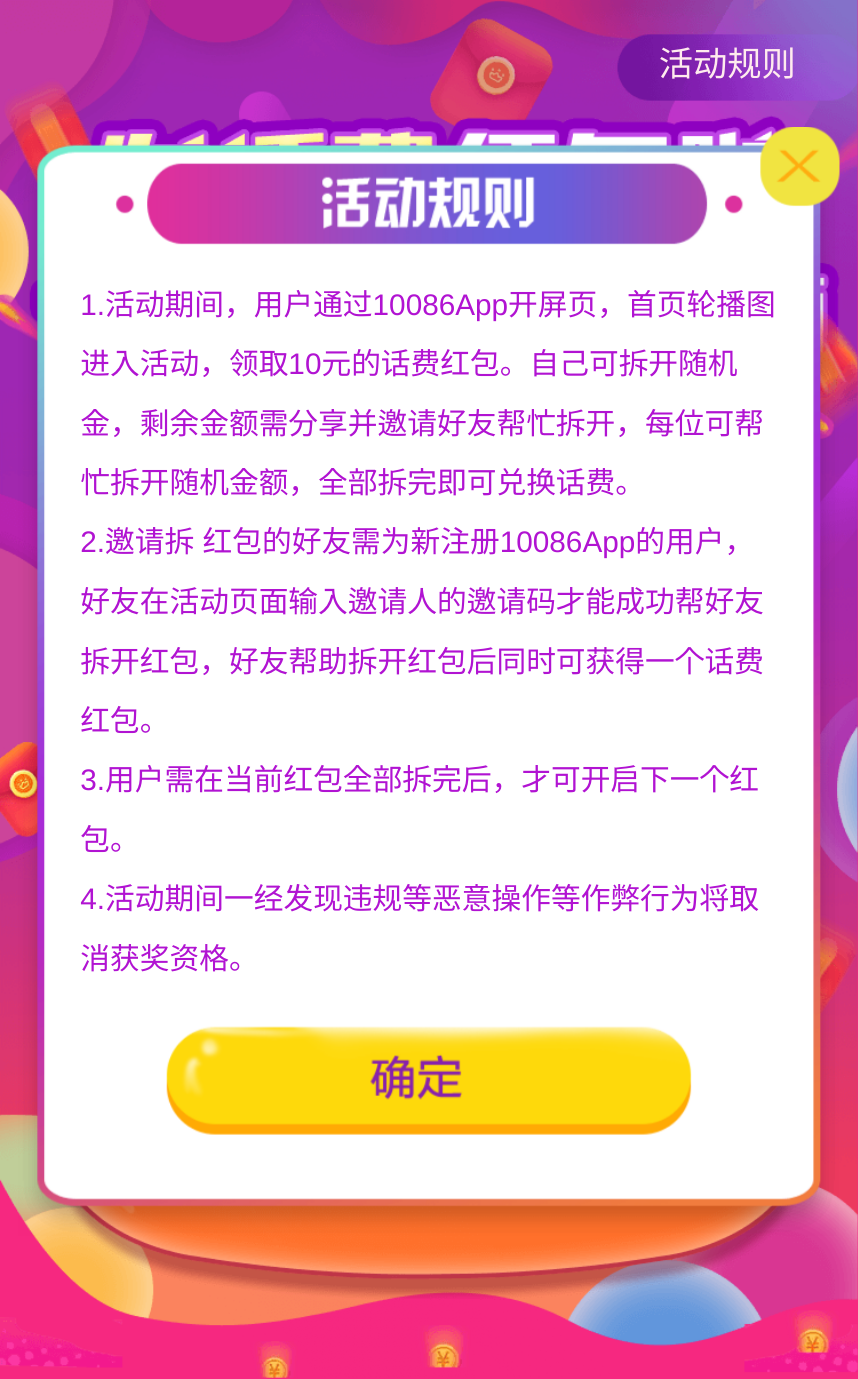
Repository: wangbiaozy/hb
Page: index.html
These files come from the project's save history. The page is drawn as it stood at one moment and after a run of saves; the edit follows.
The browser window is 1280 px wide. The pictures show the whole page, at 67% of full size.
After loading, the first visible `#rule_btn` was clicked once.
An inner scrolling area shows only its first screen.

Above is the page before, as saved 2018-08-15 10:15:06.

After the next 2 saves:
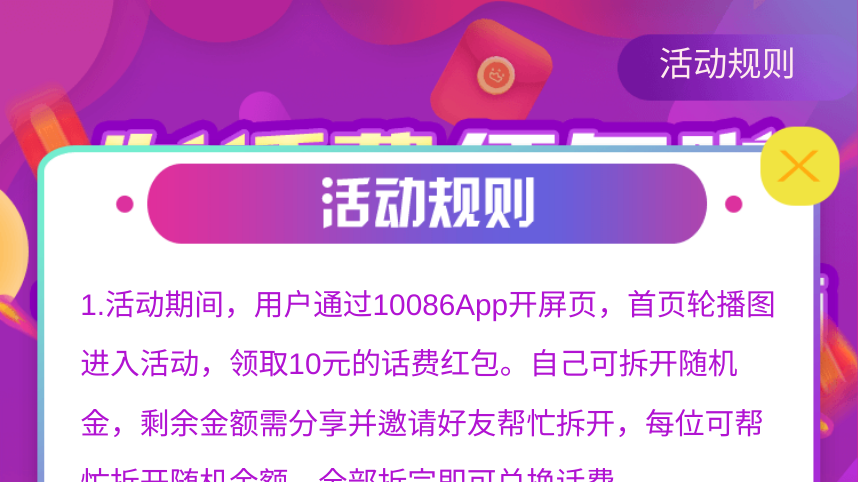
The 2 saves are shown as one change because they came seconds apart.
The last was saved 10 s later.
--- a/js/index.js
+++ b/js/index.js
@@ -23,7 +23,8 @@ $(function () {
     //活动规则
     $('#rule_btn').on('click',function(){
         $('.rule').show();
-    })
+        showMask();
+    });
 
     //首页抽红包按钮
     $('#cj').on('click',function(){
